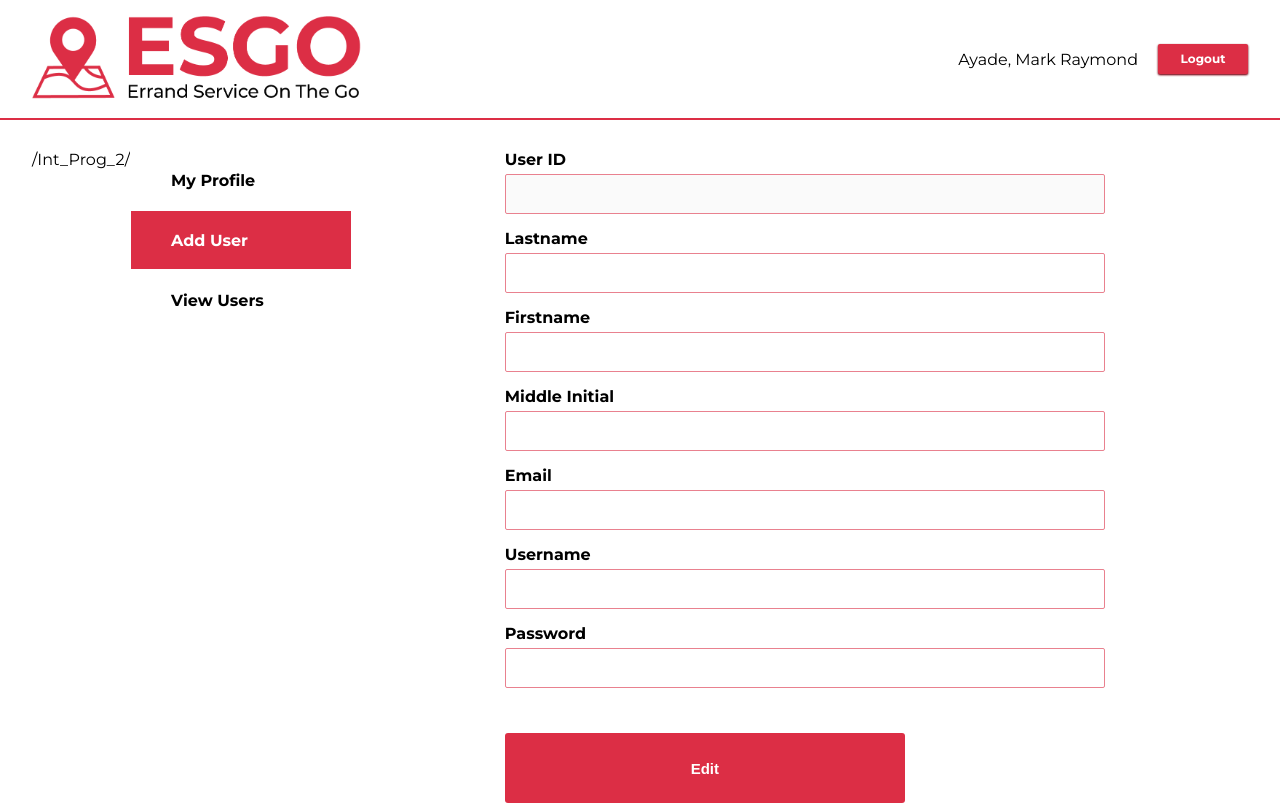
Repository: azkalonz/Int-Prog-2
Page: http://localhost/Int_Prog_2/?page=home
The author's editor kept a copy of each file at every save. The page is drawn from the files as they stood at one save, then again after the next save.
The browser window is 1280 px wide. The pictures show the whole page.
The page is served by Tomcat 9.

Above is the page before, as saved 2021-03-30 05:47:45.

After the next save:
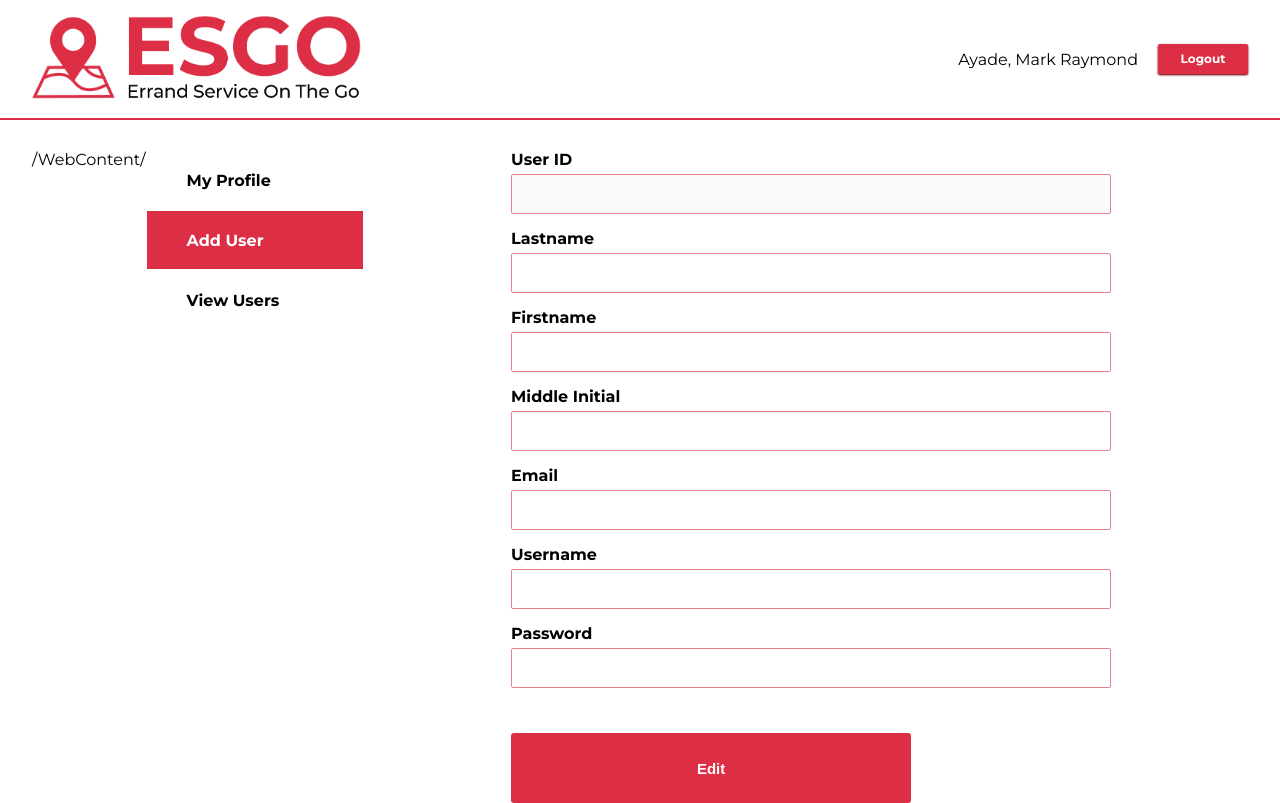
Saved 31 s later.
--- a/Int Prog 2/WebContent/WEB-INF/layout/nav.jsp
+++ b/Int Prog 2/WebContent/WEB-INF/layout/nav.jsp
@@ -1,5 +1,5 @@
 <%@taglib prefix="c" uri="http://java.sun.com/jsp/jstl/core"%>
-<%= request.getRequestURI() %>
+<%= getServletContext().getRealPath("/") %>
 <div class="nav">
     <a href="<%=request.getContextPath()%>">
         <div class="links">My Profile</div>
